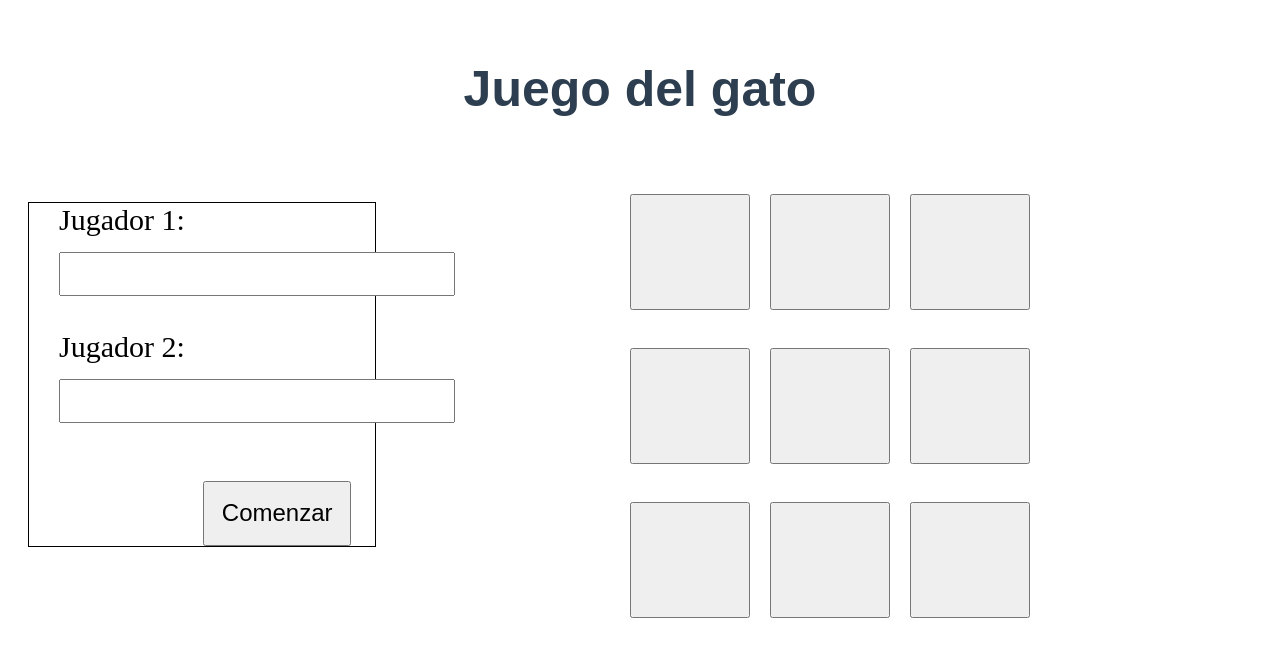
Repository: franciscamanquecheo/Taller-2
Page: / (app in vite-project/)
The author's editor kept a copy of each file at every save. The page is drawn from the files as they stood at one save, then again after the next save.
The browser window is 1280 px wide. The pictures show the whole page.
The project was rebuilt for these pictures with package versions that can differ from the ones it lists, and the page was loaded fresh each time. Also part of the build but not shown: vite-project/vite.config.ts.

Above is the page before, as saved 2022-06-17 18:06:50.

After the next save:
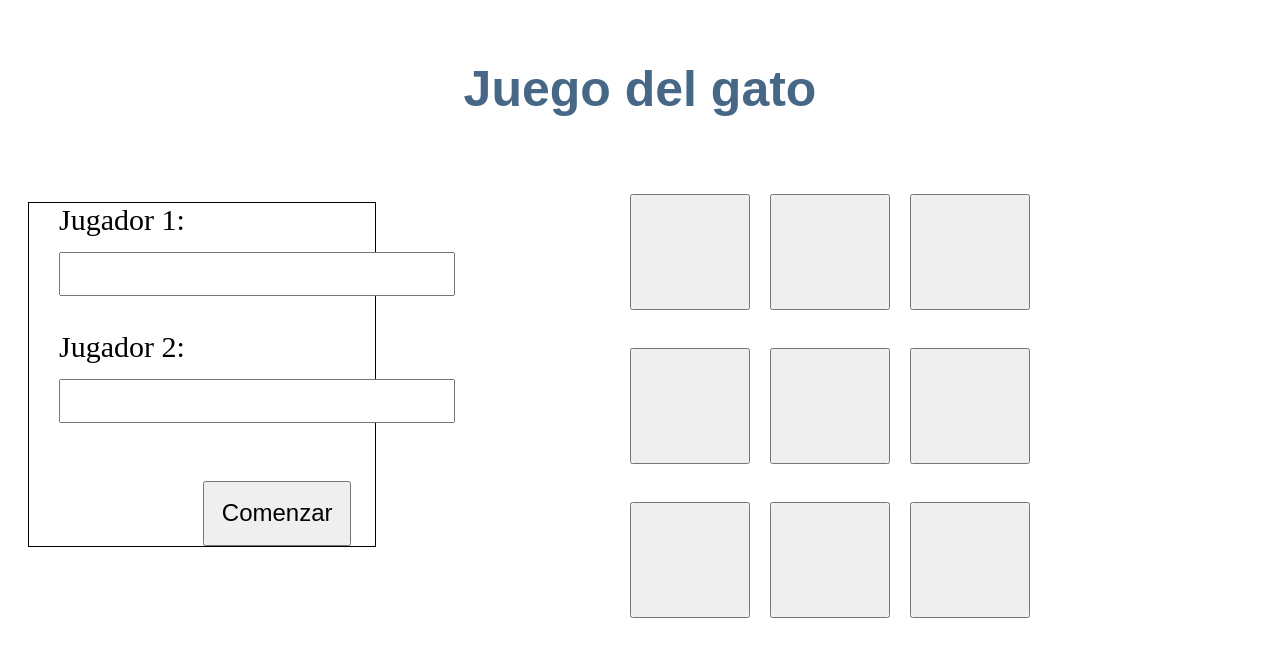
Saved 24 s later.
--- a/vite-project/src/App.vue
+++ b/vite-project/src/App.vue
@@ -52,7 +52,7 @@ h1 {
   -webkit-font-smoothing: antialiased;
   -moz-osx-font-smoothing: grayscale;
   text-align: center;
-  color: #2c3e50;
+  color: #476787;
   margin-top: 60px;
   font-size: 50px;
 }
